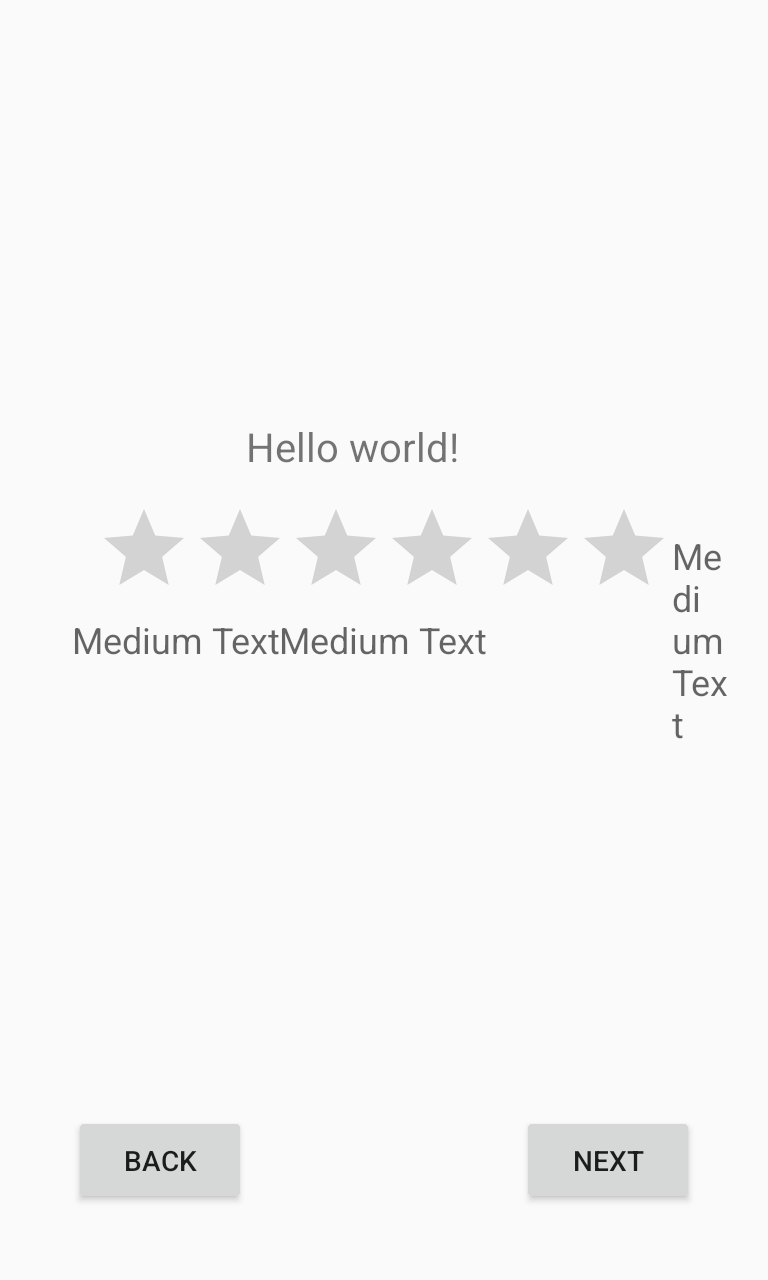
Repository: stevelyall/ERapp
Layout: ERsurvey/res/layout/activity_survey.xml
An editor plug-in stored every save of this project. The layout is shown before and after the next save, followed by the edit.
It is drawn on a 768 x 1280 px phone screen (xhdpi) without system bars, with theme AppTheme; the app's code is not run.

Above is the layout before, as saved 2014-10-26 01:48:16.

After the next save:
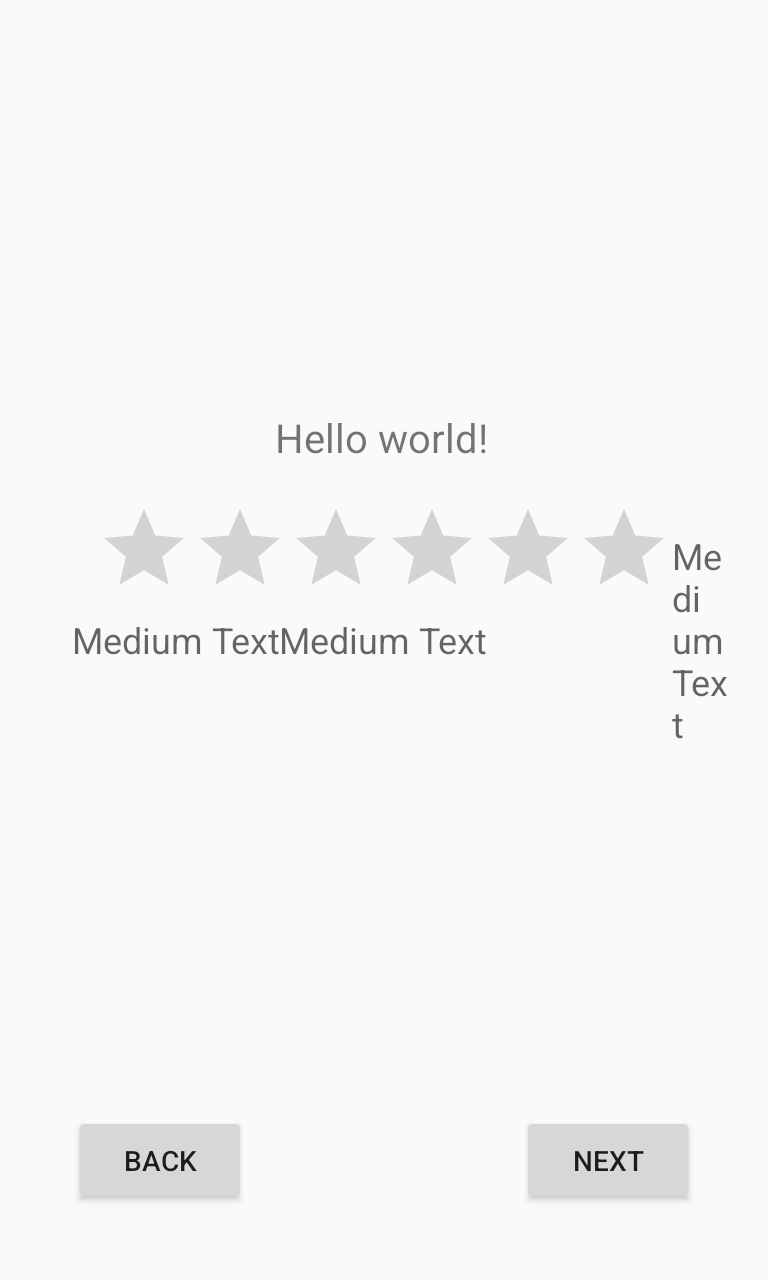
Saved 2 min 17 s later.
--- a/ERsurvey/res/layout/activity_survey.xml
+++ b/ERsurvey/res/layout/activity_survey.xml
@@ -48,18 +48,6 @@
         android:textAppearance="?android:attr/textAppearanceMedium" />
 
     <TextView
-        android:id="@+id/questionTextView"
-        android:layout_width="wrap_content"
-        android:layout_height="wrap_content"
-        android:layout_above="@+id/rating"
-        android:layout_alignLeft="@+id/rating"
-        android:layout_marginBottom="14dp"
-        android:layout_marginLeft="75dp"
-        android:gravity="center_horizontal"
-        android:text="@string/hello_world"
-        android:textSize="20sp" />
-
-    <TextView
         android:id="@+id/lowDesc"
         android:layout_width="wrap_content"
         android:layout_height="wrap_content"
@@ -77,4 +65,15 @@
         android:text="Medium Text"
         android:textAppearance="?android:attr/textAppearanceMedium" />
 
+    <TextView
+        android:id="@+id/questionTextView"
+        android:layout_width="wrap_content"
+        android:layout_height="wrap_content"
+        android:layout_alignBottom="@+id/medDesc"
+        android:layout_alignRight="@+id/medDesc"
+        android:layout_marginBottom="100dp"
+        android:gravity="center_horizontal"
+        android:text="@string/hello_world"
+        android:textSize="20sp" />
+
 </RelativeLayout>
